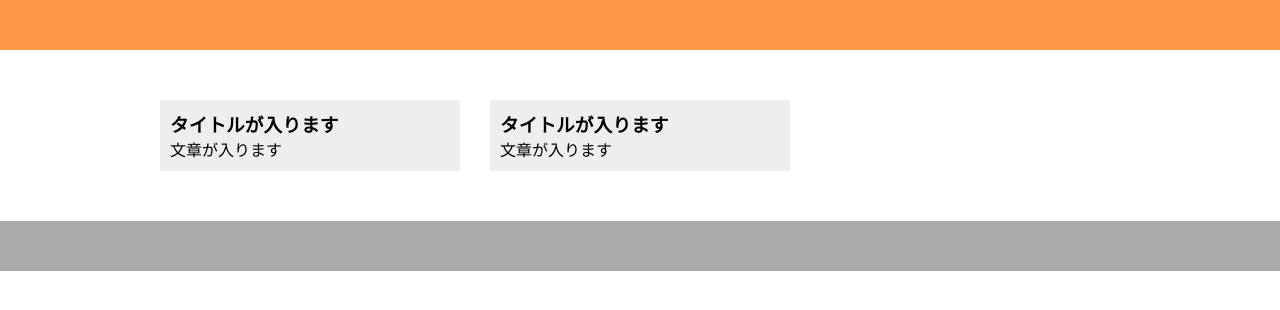
Repository: yofuu/caravan-chapter4
Page: chpter9/chapter10.html
The author's editor kept a record of every edit. The page is drawn from the files as they stood at one moment, then again after the next edit.
The browser window is 1280 px wide. The pictures show the whole page.

Above is the page before.

After the next edit:
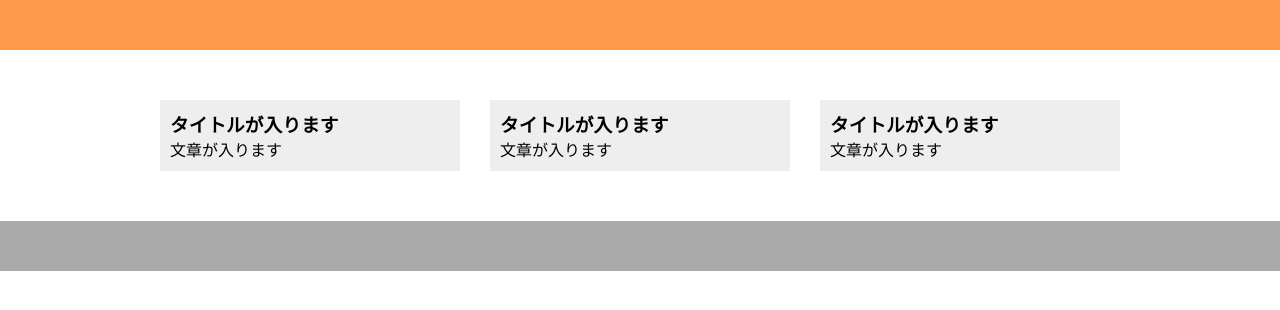
The edit:
--- a/chpter9/chapter10.html
+++ b/chpter9/chapter10.html
@@ -20,7 +20,11 @@
       <h3>タイトルが入ります</h3>
       <p>文章が入ります</p>
       </div>
-
+      <div class="step-box">
+      <div class="blog-img3"></div>
+      <h3>タイトルが入ります</h3>
+      <p>文章が入ります</p>
+      </div>
     </main>
 
     <footer></footer>
